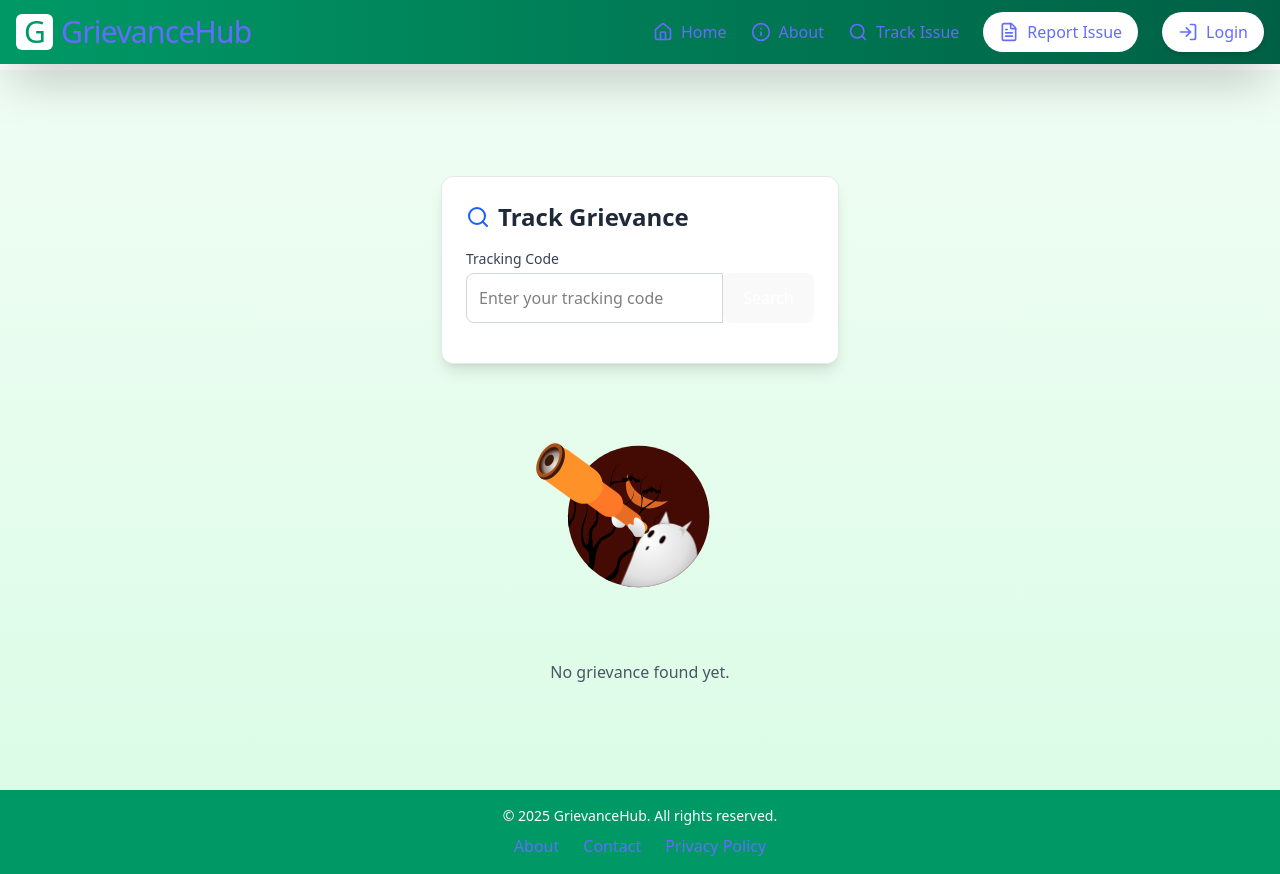
Repository: Aishi4/Grievance-Hub
Page: /track (app in my-vite-Griv/)
These files come from the project's save history. The page is drawn as it stood at one moment and after a run of saves; the edit follows.
The browser window is 1280 px wide. The pictures show the whole page.
The project was rebuilt for these pictures with package versions that can differ from the ones it lists, and the page was loaded fresh each time. Some packages were replaced by stand-ins written for this rebuild. Also part of the build but not shown: my-vite-Griv/vite.config.js, my-vite-Griv/src/Home.jsx, my-vite-Griv/src/ReportSubmit.jsx, my-vite-Griv/src/Report.jsx, my-vite-Griv/src/App.jsx, my-vite-Griv/src/About.jsx, my-vite-Griv/src/TrackIssue.jsx, my-vite-Griv/src/UploadPhoto.jsx and 1 more.

Above is the page before, as saved 2025-03-29 18:37:11.

### my-vite-Griv/src/main.jsx
import { StrictMode } from 'react'
import { createRoot } from 'react-dom/client'
import './index.css'
import App from './App.jsx'
import { Route,createBrowserRouter, createRoutesFromElements, RouterProvider } from 'react-router'
import Layout from './Layout.jsx'
import Home from './Home.jsx'
import Report from './Report.jsx'
import About from './About.jsx'
import TrackIssue from './TrackIssue.jsx'
import ReportSubmit from './ReportSubmit.jsx'
import UploadPhoto from './UploadPhoto.jsx'
import ViewPhoto from './ViewPhoto.jsx'
import AdminPanel from './AdminPanel.jsx'

const router = createBrowserRouter(
  createRoutesFromElements(
    <Route path='/' element={<Layout />}>
      <Route path="" element={<Home />} />
      <Route path="report" element={<UploadPhoto />} />
      <Route path="about" element={<About />} />
      <Route path="track" element={<ViewPhoto />} />
      <Route path='admin' element={<AdminPanel />} />


    </Route>
  )
)

createRoot(document.getElementById('root')).render(
  <StrictMode>




    <RouterProvider router={router} />

  </StrictMode>,
)

### my-vite-Griv/src/Layout.jsx
import { Outlet } from "react-router-dom";
import Navbar from "./Navbar";
import React from "react";
import Footer from "./Footer";

function Layout() {
  return (
    <div className="min-h-screen flex flex-col">
      <Navbar />
      <div className="flex-grow pt-[70px]"> {/* Adjust this padding based on navbar height */}
        <Outlet />
      </div>
      <Footer />
    </div>
  );
}
export default Layout;

### my-vite-Griv/src/ViewPhoto.jsx
import React, { useState } from 'react';
import { supabase } from './supabase';
import { Search, AlertCircle, Loader2 } from 'lucide-react';
import { motion } from 'framer-motion';
import Lottie from 'lottie-react';
import emptyAnimation from './assets/search.json'; // Ensure you have a Lottie JSON file

export default function ViewPhoto() {
  const [code, setCode] = useState('');
  const [photo, setPhoto] = useState(null);
  const [error, setError] = useState('');
  const [isLoading, setIsLoading] = useState(false);

  const fetchPhoto = async () => {
    if (!code.trim()) {
      setError('Please enter a tracking code');
      return;
    }
    setIsLoading(true);
    setError('');
    try {
      const { data, error } = await supabase
        .from('photos')
        .select('*')
        .eq('code', code.trim())
        .single();

      if (error || !data) {
        setError('No grievance found with this code.');
        setPhoto(null);
      } else {
        setPhoto(data);
      }
    } catch (err) {
      setError('An error occurred while fetching the data.');
      console.error(err);
    } finally {
      setIsLoading(false);
    }
  };

  const handleKeyPress = (e) => {
    if (e.key === 'Enter') {
      fetchPhoto();
    }
  };

  const statusColors = {
    'Under Review': 'bg-yellow-500',
    'In Progress': 'bg-blue-500',
    'Resolved': 'bg-green-500',
    'Rejected': 'bg-red-500',
  };

  return (
    <div className="h-screen w-screen bg-gradient-to-b from-green-50 to-green-100 flex items-center justify-center p-6">
      <div className="max-w-3xl mx-auto p-6">
        <motion.div
          initial={{ opacity: 0, y: -20 }}
          animate={{ opacity: 1, y: 0 }}
          className="bg-white p-6 rounded-xl shadow-lg border border-gray-200"
        >
          <h2 className="text-2xl font-semibold text-gray-800 flex items-center mb-4">
            <Search size={24} className="mr-2 text-blue-600" /> Track Grievance
          </h2>
          <div className="mb-4">
            <label className="block text-sm font-medium text-gray-700 mb-1">
              Tracking Code
            </label>
            <div className="flex">
              <input
                type="text"
                placeholder="Enter your tracking code"
                value={code}
                onChange={(e) => setCode(e.target.value)}
                onKeyPress={handleKeyPress}
                className="flex-1 p-3 border border-gray-300 rounded-l-lg focus:ring-2 focus:ring-blue-500 focus:outline-none text-black"
              />
              <button
                onClick={fetchPhoto}
                disabled={isLoading}
                className="bg-blue-600 hover:bg-blue-700 text-white px-6 py-3 rounded-r-lg font-medium flex items-center"
              >
                {isLoading ? <Loader2 size={18} className="animate-spin" /> : 'Search'}
              </button>
            </div>
            {error && (
              <motion.div
                initial={{ opacity: 0 }}
                animate={{ opacity: 1 }}
                className="mt-3 text-red-600 flex items-center text-sm"
              >
                <AlertCircle size={16} className="mr-1" /> {error}
              </motion.div>
            )}
          </div>
        </motion.div>

        {/* Show Lottie animation if no photo is found */}
        {!photo && !error && (
          <div className="mt-6 flex flex-col items-center">
            <Lottie animationData={emptyAnimation} className="w-64 h-64" />
            <p className="text-gray-600 mt-4">No grievance found yet.</p>
          </div>
        )}

        {photo && (
          <motion.div
            initial={{ opacity: 0, y: 20 }}
            animate={{ opacity: 1, y: 0 }}
            className="mt-6 bg-white p-6 rounded-xl shadow-lg border border-gray-200"
          >
            <div className="flex justify-between items-center mb-4">
              <h3 className="text-xl font-semibold text-gray-800">Grievance Details</h3>
              <span
                className={`px-4 py-2 text-sm font-medium text-white rounded-full ${
                  statusColors[photo.status] || 'bg-gray-500'
                }`}
              >
                {photo.status}
              </span>
            </div>
            <div className="grid grid-cols-1 md:grid-cols-2 gap-6">
              <img
                src={photo.image_url}
                alt="Grievance"
                className="w-full h-64 object-cover rounded-lg border border-gray-300"
              />
              <div className="space-y-4">
                <div>
                  <h4 className="font-medium text-gray-700">Description</h4>
                  <p className="bg-gray-100 p-3 rounded-lg text-sm">{photo.description}</p>
                </div>
                <div>
                  <h4 className="font-medium text-gray-700">Location</h4>
                  <p className="bg-gray-100 p-3 rounded-lg text-sm">{photo.location}</p>
                </div>
                <div>
                  <h4 className="font-medium text-gray-700">Tracking Code</h4>
                  <p className="bg-gray-100 p-3 rounded-lg text-sm font-mono">{photo.code}</p>
                </div>
              </div>
            </div>
          </motion.div>
        )}
      </div>
    </div>
  );
}

### my-vite-Griv/src/Navbar.jsx
import React, { useState } from 'react';
import { Link } from "react-router-dom";
import { motion } from "framer-motion";
import { Home, Info, Search, FileText, LogIn } from "lucide-react";

const Navbar = () => {
  const [isHovered, setIsHovered] = useState(null);

  const navItems = [
    {
      to: "/",
      label: "Home",
      icon: Home
    },
    {
      to: "/about",
      label: "About",
      icon: Info
    },
    {
      to: "/track",
      label: "Track Issue",
      icon: Search
    },
    {
      to: "/report",
      label: "Report Issue",
      icon: FileText,
      special: true
    }
  ];

  return (
    <motion.nav
      initial={{ opacity: 0, y: -50 }}
      animate={{ opacity: 1, y: 0 }}
      transition={{ duration: 0.6, type: "spring", stiffness: 50 }}
      className="fixed w-full z-50 bg-gradient-to-r from-emerald-600 to-emerald-800 text-white shadow-2xl"
    >
      <div className="container mx-auto px-4 py-3 flex justify-between items-center">
        {/* Logo with Hover Effect */}
        <motion.div
          whileHover={{ scale: 1.1 }}
          whileTap={{ scale: 0.95 }}
        >
          <Link
            to="/"
            className="text-3xl font-extrabold tracking-tight flex items-center space-x-2"
          >
            <span className="bg-white text-emerald-600 px-2 rounded-md">G</span>
            <span>GrievanceHub</span>
          </Link>
        </motion.div>

        {/* Navigation Links and Login */}
        <div className="flex items-center space-x-6">
          {navItems.map((item, index) => (
            <motion.div
              key={item.to}
              onHoverStart={() => setIsHovered(index)}
              onHoverEnd={() => setIsHovered(null)}
              className="relative"
            >
              <Link
                to={item.to}
                className={`
                  flex items-center space-x-2
                  ${item.special
                    ? 'bg-white text-emerald-600 px-4 py-2 rounded-full'
                    : 'text-white hover:text-emerald-200'}
                  transition-all duration-300
                `}
              >
                <item.icon size={20} />
                <span>{item.label}</span>
              </Link>

              {!item.special && isHovered === index && (
                <motion.div
                  layoutId="underline"
                  className="absolute bottom-[-6px] left-0 right-0 h-1 bg-white rounded-full"
                  initial={{ width: 0 }}
                  animate={{ width: '100%' }}
                />
              )}
            </motion.div>
          ))}

          {/* Login Button */}
          <motion.div
            whileHover={{ scale: 1.05 }}
            whileTap={{ scale: 0.95 }}
          >
            <Link
              to="/login"
              className="flex items-center space-x-2 bg-white text-emerald-700 px-4 py-2 rounded-full font-semibold shadow-md hover:bg-emerald-50 transition-all duration-300"
            >
              <LogIn size={20} />
              <span>Login</span>
            </Link>
          </motion.div>
        </div>
      </div>
    </motion.nav>
  );
};

export default Navbar;

### my-vite-Griv/src/Footer.jsx
const Footer = () => {
    return (
      <footer className="w-full bg-emerald-600 text-white py-4 text-center">
        <p className="text-sm">&copy; {new Date().getFullYear()} GrievanceHub. All rights reserved.</p>
        <div className="flex justify-center space-x-6 mt-2">
          <a href="/about" className="hover:underline">About</a>
          <a href="/contact" className="hover:underline">Contact</a>
          <a href="/privacy" className="hover:underline">Privacy Policy</a>
        </div>
      </footer>
    );
};
export default Footer;

### my-vite-Griv/src/supabase.js
import { createClient } from "@supabase/supabase-js";

const SUPABASE_URL = "https://sttpmwjxcnlfphnplylt.supabase.co";
const SUPABASE_ANON_KEY =
  "eyJhbGciOiJIUzI1NiIsInR5cCI6IkpXVCJ9.eyJpc3MiOiJzdXBhYmFzZSIsInJlZiI6InN0dHBtd2p4Y25sZnBobnBseWx0Iiwicm9sZSI6ImFub24iLCJpYXQiOjE3NDMyMjY0NzYsImV4cCI6MjA1ODgwMjQ3Nn0.PveWFl7QQpdJSmyEdTsNMzChrysuaJmnoFUdfG0cV_4";

export const supabase = createClient(SUPABASE_URL, SUPABASE_ANON_KEY);

Loaded but not shown: my-vite-Griv/index.html (common file); my-vite-Griv/src/index.css (common file); my-vite-Griv/src/assets/search.json (common file)

After the next 2 saves:
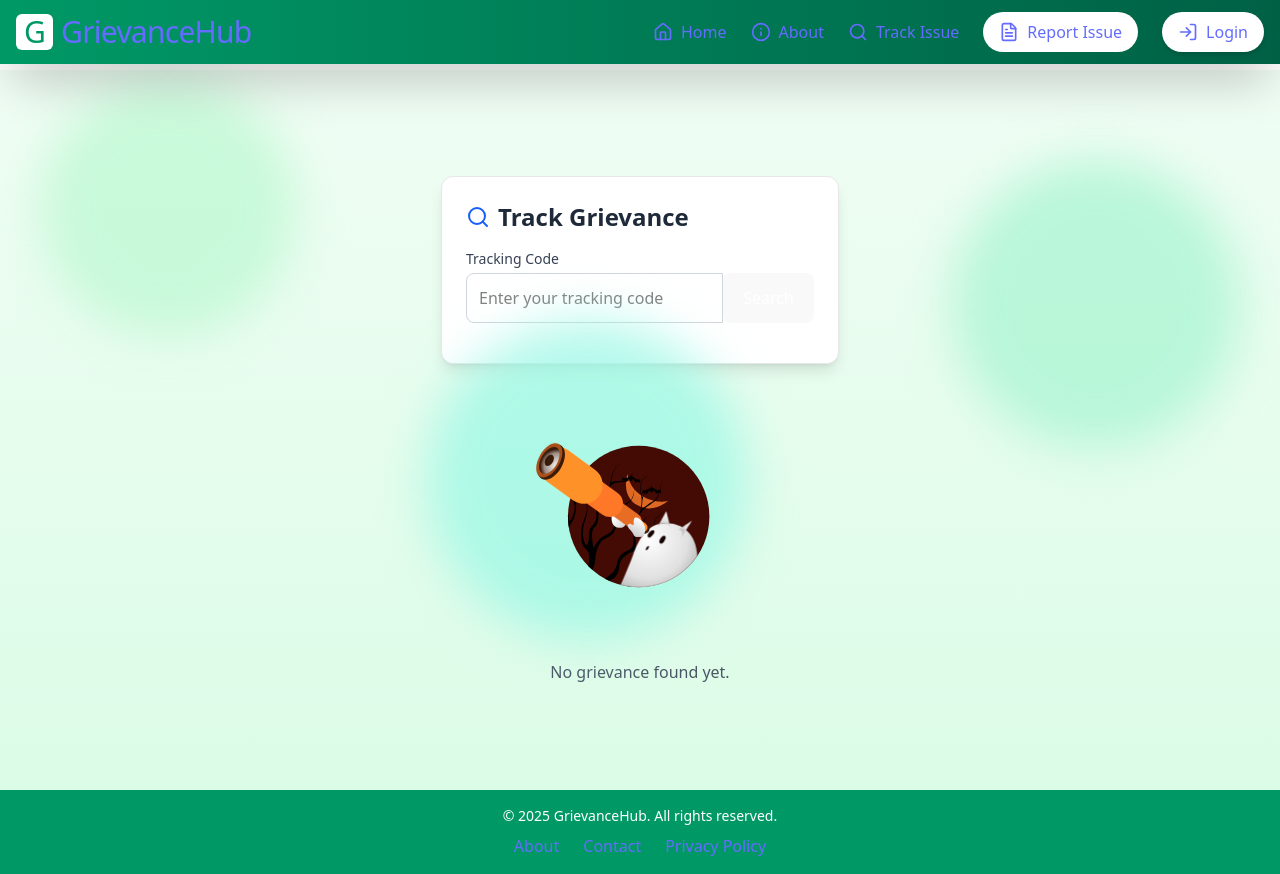
The 2 saves are shown as one change because they came seconds apart.
The last was saved 45 s later.
--- a/my-vite-Griv/src/ViewPhoto.jsx
+++ b/my-vite-Griv/src/ViewPhoto.jsx
@@ -53,7 +53,12 @@ export default function ViewPhoto() {
   };
 
   return (
-    <div className="h-screen w-screen bg-gradient-to-b from-green-50 to-green-100 flex items-center justify-center p-6">
+      <div className="h-screen w-screen bg-gradient-to-b from-green-50 to-green-100 flex items-center justify-center p-6">
+          <div className="absolute top-0 left-0 w-full h-full overflow-hidden z-0">
+        <div className="absolute top-20 left-10 w-64 h-64 bg-green-200 rounded-full mix-blend-multiply filter blur-xl opacity-70 animate-blob"></div>
+        <div className="absolute top-40 right-10 w-72 h-72 bg-emerald-200 rounded-full mix-blend-multiply filter blur-xl opacity-70 animate-blob animation-delay-2000"></div>
+        <div className="absolute bottom-20 left-1/3 w-80 h-80 bg-teal-200 rounded-full mix-blend-multiply filter blur-xl opacity-70 animate-blob animation-delay-4000"></div>
+      </div>
       <div className="max-w-3xl mx-auto p-6">
         <motion.div
           initial={{ opacity: 0, y: -20 }}
